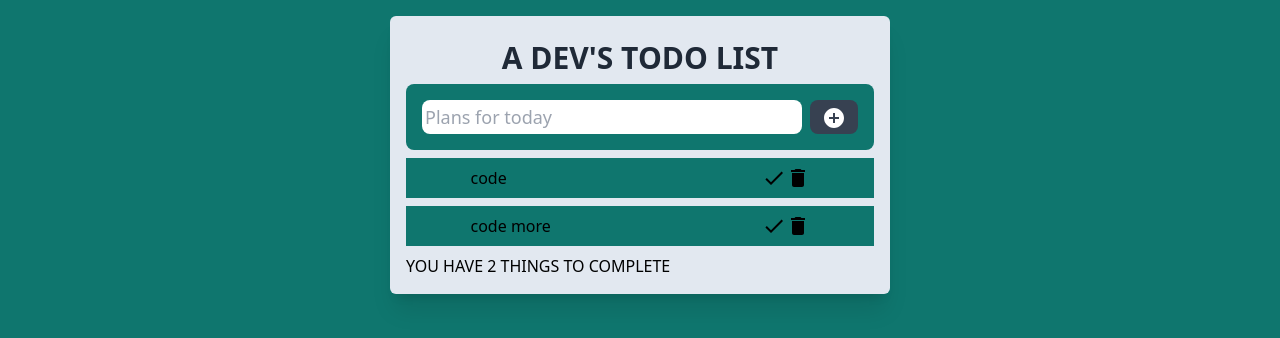
Repository: DevAntonioRogers/React-Todo-CRUD-App
Page: /
These files come from the project's save history. The page is drawn as it stood at one moment and after the next save; the edit follows.
The browser window is 1280 px wide. The pictures show the whole page.
The project was rebuilt for these pictures with package versions that can differ from the ones it lists, and the page was loaded fresh each time. Also part of the build but not shown: vite.config.ts.

Above is the page before, as saved 2023-05-14 19:53:07.

### src/App.tsx
import Form from "./components/Form";

import { useState } from "react";
import Todo from "./components/Todo";

const App = () => {
  const [todo, setTodo] = useState(["code", "code more"]);

  return (
    <div className="h-screen w-screen p-4 bg-teal-700">
      <div className="bg-slate-200 max-w-[500px] w-full m-auto rounded-md shadow-xl p-4">
        <h1 className="text-3xl font-bold text-center text-gray-800 p-2">A DEV'S TODO LIST</h1>
        <Form />
        <ul>
          {todo.map((todos, index) => (
            <Todo key={index} todos={todos} />
          ))}
        </ul>
        <p>YOU HAVE 2 THINGS TO COMPLETE</p>
      </div>
    </div>
  );
};

export default App;

### src/components/Form.tsx
import AddCircleIcon from "@mui/icons-material/AddCircle";

const Form = () => {
  return (
    <form className="flex justify-between bg-teal-700 p-4 rounded-lg items-center">
      <input className="w-full text-lg rounded-lg p-[3px]" type="text" placeholder="Plans for today" />
      <button className="ml-2 p-1 bg-gray-700 px-3 rounded-lg text-white">
        <AddCircleIcon />
      </button>
    </form>
  );
};

export default Form;

### src/components/Todo.tsx
import CheckIcon from "@mui/icons-material/Check";
import DeleteIcon from "@mui/icons-material/Delete";

interface TodoProps {
  todos: string;
}

const Todo = ({ todos }: TodoProps) => {
  return (
    <li className="p-2 bg-teal-700 my-2">
      <div className="flex items-center justify-between w-3/4 m-auto ">
        <p>{todos}</p>
        <div className="flex">
          <CheckIcon />
          <DeleteIcon />
        </div>
      </div>
    </li>
  );
};

export default Todo;

Loaded but not shown: index.html (common file); src/main.tsx (common file); src/index.css (common file); tailwind.config.js (common file)

After the next save:
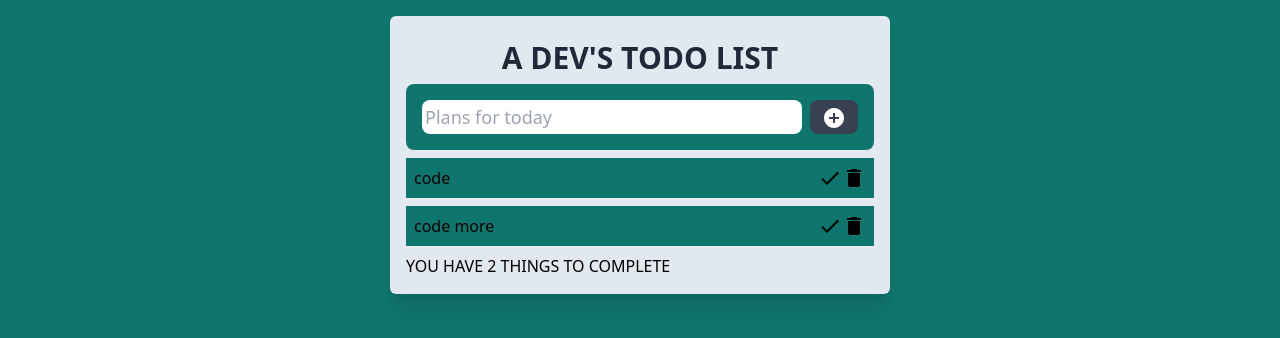
Saved 27 s later.
--- a/src/components/Todo.tsx
+++ b/src/components/Todo.tsx
@@ -7,8 +7,8 @@ interface TodoProps {
 
 const Todo = ({ todos }: TodoProps) => {
   return (
-    <li className="p-2 bg-teal-700 my-2">
-      <div className="flex items-center justify-between w-3/4 m-auto ">
+    <li className="p-2 bg-teal-700 my-2 ">
+      <div className="flex items-center justify-between">
         <p>{todos}</p>
         <div className="flex">
           <CheckIcon />
